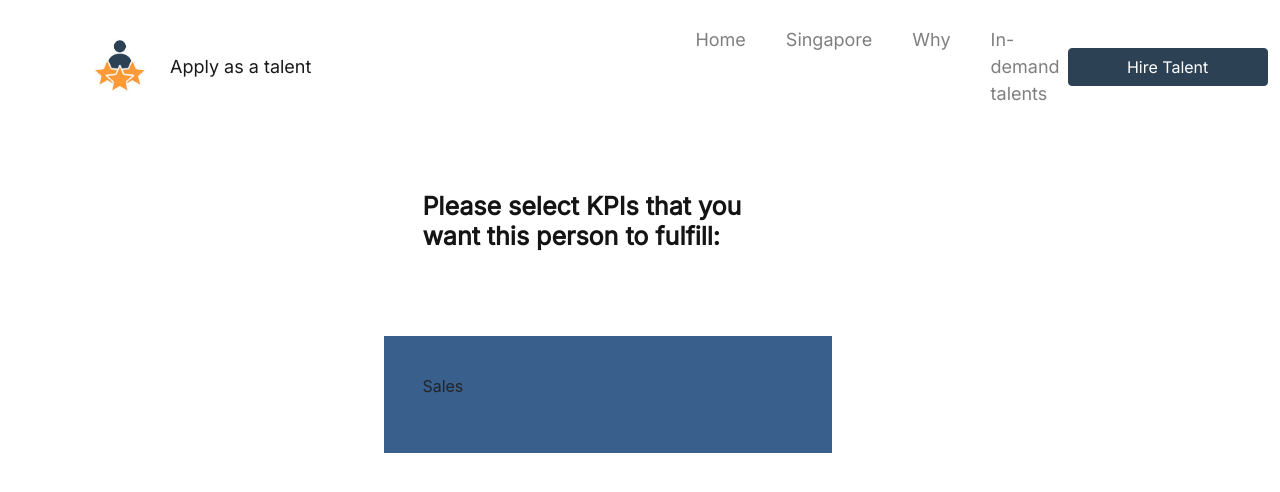
Repository: Ashwe9/talent-hire-reactJs
Page: /kpis
The author's editor kept a copy of each file at every save. The page is drawn from the files as they stood at one save, then again after the next save.
The browser window is 1280 px wide. The pictures show the whole page.
The project was rebuilt for these pictures with package versions that can differ from the ones it lists, and the page was loaded fresh each time. A package was used in the major version that the imports need, not the one package.json lists. Also part of the build but not shown: src/homePage/components/TrustedBy/TrustedBy.css, src/homePage/components/TrustedBy/TrustedBy.js, src/homePage/components/Roles/Roles.css, src/homePage/components/Roles/Roles.js, src/homePage/components/homePageFooter/HomePageFooter.css, src/homePage/components/homePageFooter/HomePageFooter.js, src/homePage/HomePage.js, src/projectDetails/ProjectDetails.js.

Above is the page before, as saved 2022-08-18 13:57:13.

After the next save:
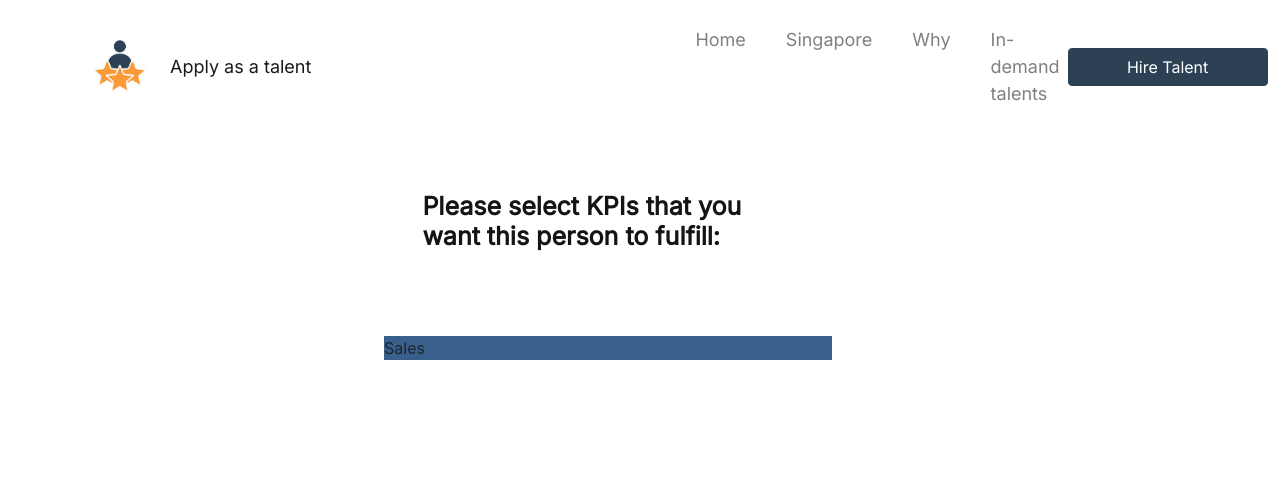
Saved 5 s later.
--- a/src/kpisPage/DropDown.css
+++ b/src/kpisPage/DropDown.css
@@ -1,6 +1,5 @@
 .dropdown-box{
     margin: 0px 30%;
-    padding: 3%;
     align-items: center;
     width: 35%;
     background-color: #395f8c;

After the save that followed:
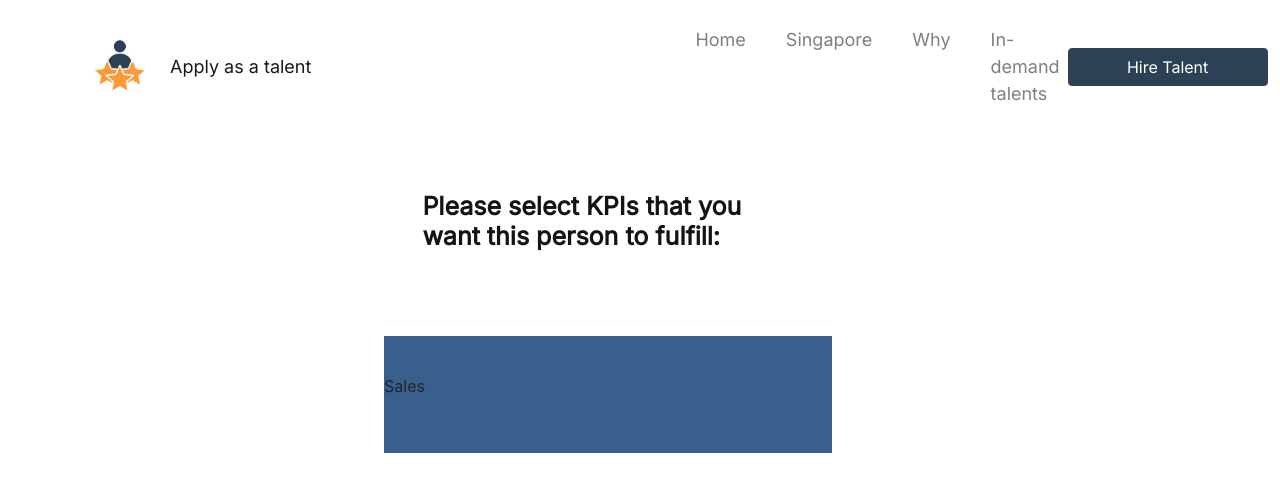
Saved 14 s later.
--- a/src/kpisPage/DropDown.css
+++ b/src/kpisPage/DropDown.css
@@ -1,6 +1,8 @@
 .dropdown-box{
     margin: 0px 30%;
     align-items: center;
+    padding-top: 3%;
+    padding-bottom: 3%;
     width: 35%;
     background-color: #395f8c;
 }
